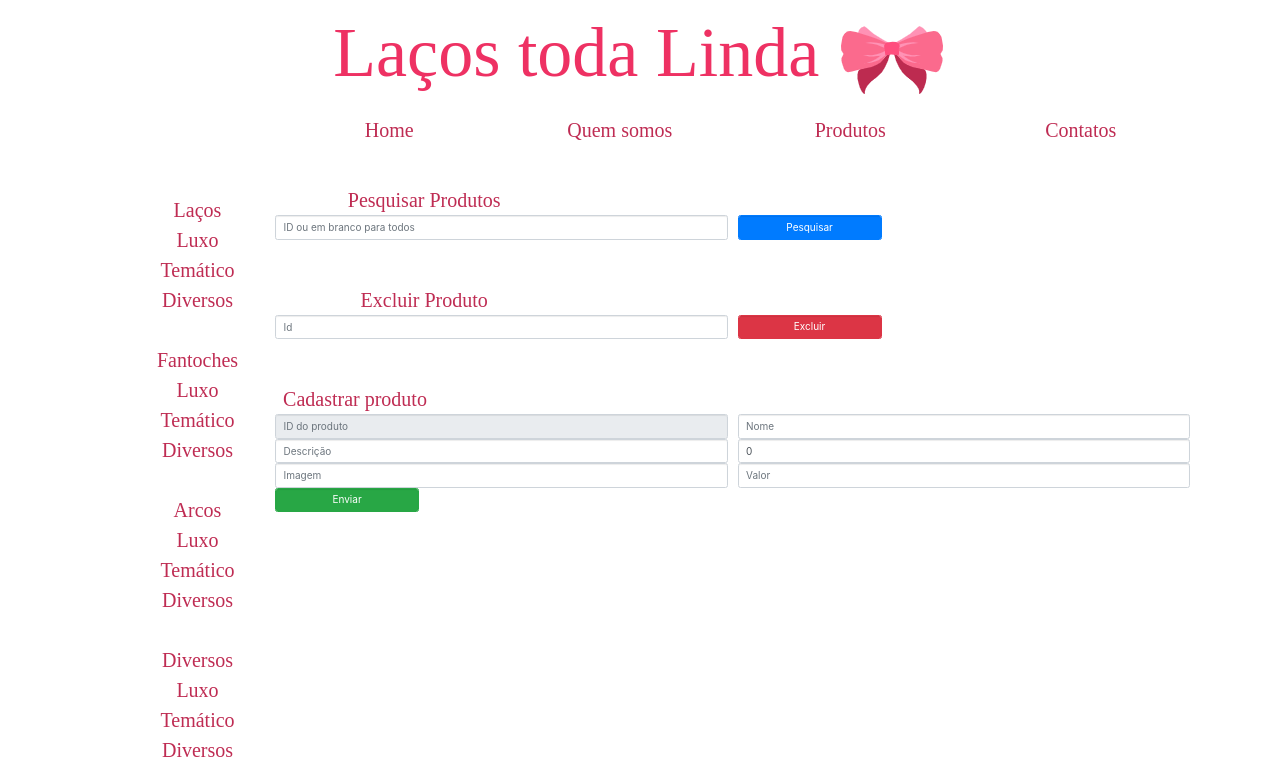
Repository: felipe-camilo/projin2
Page: http://localhost/projetointegrador/admin.jsp
An editor plug-in stored every save of this project. The page is shown before and after the next save, followed by the edit.
The browser window is 1280 px wide. The pictures show the whole page.
Some web fonts or font styles are not loaded; a fallback is used. The page is served by Tomcat 9. Other server files are loaded and not shown.

Above is the page before, as saved 2022-03-30 01:43:43.

### projetointegrador/src/main/webapp/admin.jsp
<%@ page language="java" contentType="text/html; charset=ISO-8859-1"
	pageEncoding="ISO-8859-1"%>
<%@ page import="java.sql.Connection"%>
<%@ page import="java.sql.Statement"%>
<%@ page import="java.sql.DriverManager"%>
<%@ page import="java.sql.ResultSet"%>
<!DOCTYPE html>
<html>
<head>
<style>
@import	url('https://fonts.googleapis.com/css2?family=Sacramento&display=swap');
@import	url('https://fonts.googleapis.com/css2?family=Lobster&family=Sacramento&display=swap');
@import	url('https://fonts.googleapis.com/css2?family=Indie+Flower&display=swap');

.entrada {
	margin-button: 50px;
}

</style>
<meta charset="UTF-8">
<meta http-equiv="X-UA-Compatible" content="IE=edge">
<meta name="viewport" content="width=device-width, initial-scale=1.0">
<title>Laços toda Linda</title>

<link rel="stylesheet" href="css/style.css">
<link rel="stylesheet"
	href="https://maxcdn.bootstrapcdn.com/bootstrap/3.4.1/css/bootstrap.min.css">
<link rel="stylesheet"
	href="https://stackpath.bootstrapcdn.com/bootstrap/4.3.1/css/bootstrap.min.css">
<link rel="stylesheet" type="text/css" href="css/flexslider.css">
<script type="text/javascript"
	src="http://code.jquery.com/jquery.min.js"></script>
<script type="text/javascript" src="js/jquery.flexslider.js"></script>
<meta charset="ISO-8859-1">

<title>Produtos</title>
</head>


<body>
	<div class="container">

		<header class="topo">
			<div class="row justify-content-md-center text-center">
				<div class="col-md-12">
					<div class="texto-logo">
						Laços toda Linda <img class="logo" src="img/laco.png">
					</div>
				</div>
			</div>
		</header>

		<%
String nome = "";
String descricao = "";
int categoria = 0;
String img = "";
Float valor = 0.f;
String frase = "";
String action = "Enviar";
String pagina = "inserir.jsp";
int produto = 0;
String pesquisa = request.getParameter("pesquisa");
if (pesquisa != null) {
	//out.print(pesquisa);
	frase = "Editar Produto";
	action = "Editar";
	pagina = "editar.jsp";
	try {
		//Class.forName("com.mysql.jdbc.Driver");

		//String pesquisa = request.getParameter("pesquisa");

		Connection conectar;
		Statement stmt;
		ResultSet resultado;
		String servidordb = "jdbc:mysql://localhost:3306/databasepi";
		String user = "root";
		String pass = "root";

		produto = Integer.parseInt(pesquisa);
		//out.print(pesquisa);
		int id = 0;
		Class.forName("com.mysql.jdbc.Driver");

		conectar = DriverManager.getConnection(servidordb, user, pass);
		stmt = conectar.createStatement();
		String sql = "SELECT * FROM produto WHERE codigo =" + produto;
		resultado = stmt.executeQuery(sql);
		while (resultado.next()) {
	nome = resultado.getString("nome");
	descricao = resultado.getString("descricao");
	categoria = Integer.parseInt(resultado.getString("categoria"));
	valor = Float.parseFloat(resultado.getString("valor"));
	img = resultado.getString("img");
		}

	} catch (Exception e) {
		e.printStackTrace();
		out.println(e);
	}
} else {
	frase = "Cadastrar produto";
}
%>

		<!-- menu superior -->

		<section class="menu-superior">
			<div class="row justify-content-md-center text-center">
				<div class="col-md-2"></div>
				<div class="col-md-10">
					<ul class="nav nav-pills nav-justified nav-menu-superior">
						<li class="nav-item"><a class="nav-link texto-categoria"
							href="index.jsp">Home</a></li>
						<li class="nav-item"><a class="nav-link texto-categoria"
							href="quem_somos.jsp">Quem somos</a></li>
						<li class="nav-item"><a class="nav-link texto-categoria"
							href="produtos.html">Produtos</a></li>
						<li class="nav-item"><a class="nav-link texto-categoria"
							href="contato.html">Contatos</a></li>
					</ul>
				</div>

			</div>
		</section>


		<section>
			<div class="row">
				<div class="col-md-12 text-align-center">
					<div class="col-md-2 menu-lateral">
						<ul class="menu-lateral-lista">
							<li class="menu-lateral-categoria">Laços</li>
							<li class="">Luxo</li>
							<li class="">Temático</li>
							<li class="">Diversos</li>
							<li class="menu-lateral-categoria">Fantoches</li>
							<li class="">Luxo</li>
							<li class="">Temático</li>
							<li class="">Diversos</li>
							<li class="menu-lateral-categoria">Arcos</li>
							<li class="">Luxo</li>
							<li class="">Temático</li>
							<li class="">Diversos</li>
							<li class="menu-lateral-categoria">Diversos</li>
							<li class="">Luxo</li>
							<li class="">Temático</li>
							<li class="">Diversos</li>
						</ul>
					</div>
					<form action="consulta.jsp" method="get">
						<div class="form-row">
							<div class="col-4 menu-lateral-categoria">Pesquisar	Produtos</div>
							<div class="col-6"></div>
							<div class="col-2"></div>
						</div>
						<div class="form-row">
							<div class="col-6">
								<input type="text" class="form-control entrada" placeholder="ID ou em branco para todos" name="pesquisa">
							</div>
							<div class="col-2">
								<input class="form-control btn-primary" type="submit" name="pesquisar"
									value="Pesquisar">
							</div>
						</div>
					</form>
					<br>
					<form action="excluir.jsp" method="get">
						<div class="form-row">
							<div class="col-4 menu-lateral-categoria">Excluir Produto</div>
							<div class="col-6"></div>
							<div class="col-2"></div>
						</div>
						<div class="form-row">
							<div class="col-6">
								<input type="number" class="form-control entrada" placeholder="Id" name="pesquisa" placeholder="Entre com o ID:" required>
							</div>
							<div class="col-2">
								<input class="form-control btn-danger" type="submit" name="Excluir"
									value="Excluir">
							</div>
						</div>
					</form>
					<br>

					<div class="col-4"></div>
					<div class="col-4 menu-lateral-categoria">
						<%
						out.print(frase);
						%>

					</div>
					<div class="col-4"></div>
					<form action="<%out.print(pagina);%>" method="get">
						<div class="form-row">
							<div class="col-6">
								<input type="text" class="form-control entrada"	placeholder="ID do produto"
									value="<%if (produto == 0) {
											out.print("");
										} else {
											out.print(produto);
										}%>"
									name="produto" readonly>
							</div>
							<div class="col-6">
								<input type="text" class="form-control" placeholder="Nome" name="nome" value="<%out.print(nome);%>">
							</div>
							<div class="col-6">
								<input type="text" class="form-control" placeholder="Descrição"	value="<%out.print(descricao);%>" name="descricao" required>
							</div>
							<div class="col-6">
								<input type="text" class="form-control" placeholder="Categoria"	name="categoria" required value="<%out.print(categoria);%>">
							</div>
							<div class="col-6">
								<input type="text" class="form-control" placeholder="Imagem" value="<%out.print(img);%>" name="img">
							</div>
							<div class="col-6">
								<input type="text" class="form-control" placeholder="Valor"
									value="<%if (valor == 0) {
											out.print("");
										} else {
											out.print(valor);
										}%>"
									name="valor" required>
							</div>
							<div class="col-2">
								<input type="submit" class="form-control btn-success"
									value="<%out.print(action);%>" name="btn">
							</div>
							<div class="col-6"></div>
						</div>
					</form>

				</div>
			</div>
		</section>
	</div>

</body>
</html>

### projetointegrador/src/main/webapp/css/style.css
@media screen and (min-width: 601px) {
    .texto-logo {
      font-size: 80px;
    }

  }

@media screen and (max-width: 600px) {
    .texto-logo {
        font-size: 50px;
    }
}

@media screen and (min-width: 601px) {
    .texto-logo {
    font-size: 70px;
    }
}

.texto-logo {
    font-family: 'Sacramento', cursive;
    font-size: 20;
    color:#EE3163;
}

.texto-categoria {
    font-family: 'Lobster', cursive;
    color:#BF2C53;
    font-size: 20px;
    text-align: center;
    align-items: center;
}

.texto-categoria a.hover{
    color: green;
}


.texto-categoria-divisao {
    font-family: 'Lobster', cursive;
    color:#BF2C53;
    font-size: 20px;
    text-align: center;
    align-items: center;
    margin-bottom: 20px;
}

 .menu-lateral {
    text-align: center;
    font-family: 'Indie Flower', cursive;
    color:#BF2C53;
    font-size: 20px;
    text-decoration: none;
    margin-top: 10px;
 }


 .menu-lateral-categoria {
    text-align: center;
    font-family: 'Lobster', cursive;
    color:#BF2C53;
    font-size: 20px;
    text-decoration: none;
    margin-top: 30px;
 }

p {
    text-align: justify;
    font-family: 'Indie Flower', cursive;
    color:#BF2C53;
    font-size: 20px;
    margin-top: 50px;
 }

 .menu-lateral-lista {
    list-style-type: none;

 }

### projetointegrador/src/main/webapp/css/flexslider.css
/*
 * jQuery FlexSlider v2.7.2
 * https://www.woocommerce.com/flexslider/
 *
 * Copyright 2012 WooThemes
 * Free to use under the GPLv2 and later license.
 * http://www.gnu.org/licenses/gpl-2.0.html
 *
 * Contributing author: Tyler Smith (@mbmufffin)
 *
 */
/* ====================================================================================================================
 * FONT-FACE
 * ====================================================================================================================*/
@font-face {
  font-family: 'flexslider-icon';
  src: url('fonts/flexslider-icon.eot');
  src: url('fonts/flexslider-icon.eot?#iefix') format('embedded-opentype'), url('fonts/flexslider-icon.woff') format('woff'), url('fonts/flexslider-icon.ttf') format('truetype'), url('fonts/flexslider-icon.svg#flexslider-icon') format('svg');
  font-weight: normal;
  font-style: normal;
}
/* ====================================================================================================================
 * RESETS
 * ====================================================================================================================*/
.flex-container a:hover,
.flex-slider a:hover {
  outline: none;
}
.slides,
.slides > li,
.flex-control-nav,
.flex-direction-nav {
  margin: 0;
  padding: 0;
  list-style: none;
}
.flex-pauseplay span {
  text-transform: capitalize;
}
/* ====================================================================================================================
 * BASE STYLES
 * ====================================================================================================================*/
.flexslider {
  margin: 0;
  padding: 0;
}
.flexslider .slides > li {
  display: none;
  -webkit-backface-visibility: hidden;
}
.flexslider .slides img {
  width: 100%;
  display: block;
}
.flexslider .slides:after {
  content: "\0020";
  display: block;
  clear: both;
  visibility: hidden;
  line-height: 0;
  height: 0;
}
html[xmlns] .flexslider .slides {
  display: block;
}
* html .flexslider .slides {
  height: 1%;
}
.no-js .flexslider .slides > li:first-child {
  display: block;
}
/* ====================================================================================================================
 * DEFAULT THEME
 * ====================================================================================================================*/
.flexslider {
  margin: 0 0 60px;
  background: #fff;
  border: 4px solid #fff;
  position: relative;
  zoom: 1;
  -webkit-border-radius: 4px;
  -moz-border-radius: 4px;
  border-radius: 4px;
  -webkit-box-shadow: '' 0 1px 4px rgba(0, 0, 0, 0.2);
  -moz-box-shadow: '' 0 1px 4px rgba(0, 0, 0, 0.2);
  -o-box-shadow: '' 0 1px 4px rgba(0, 0, 0, 0.2);
  box-shadow: '' 0 1px 4px rgba(0, 0, 0, 0.2);
}
.flexslider .slides {
  zoom: 1;
}
.flexslider .slides img {
  height: auto;
  -moz-user-select: none;
}
.flex-viewport {
  max-height: 2000px;
  -webkit-transition: all 1s ease;
  -moz-transition: all 1s ease;
  -ms-transition: all 1s ease;
  -o-transition: all 1s ease;
  transition: all 1s ease;
}
.loading .flex-viewport {
  max-height: 300px;
}
@-moz-document url-prefix() {
  .loading .flex-viewport {
    max-height: none;
  }
}
.carousel li {
  margin-right: 5px;
}
.flex-direction-nav {
  *height: 0;
}
.flex-direction-nav a {
  text-decoration: none;
  display: block;
  width: 40px;
  height: 40px;
  margin: -20px 0 0;
  position: absolute;
  top: 50%;
  z-index: 10;
  overflow: hidden;
  opacity: 0;
  cursor: pointer;
  color: rgba(0, 0, 0, 0.8);
  text-shadow: 1px 1px 0 rgba(255, 255, 255, 0.3);
  -webkit-transition: all 0.3s ease-in-out;
  -moz-transition: all 0.3s ease-in-out;
  -ms-transition: all 0.3s ease-in-out;
  -o-transition: all 0.3s ease-in-out;
  transition: all 0.3s ease-in-out;
}
.flex-direction-nav a:before {
  font-family: "flexslider-icon";
  font-size: 40px;
  display: inline-block;
  content: '\f001';
  color: rgba(0, 0, 0, 0.8);
  text-shadow: 1px 1px 0 rgba(255, 255, 255, 0.3);
}
.flex-direction-nav a.flex-next:before {
  content: '\f002';
}
.flex-direction-nav .flex-prev {
  left: -50px;
}
.flex-direction-nav .flex-next {
  right: -50px;
  text-align: right;
}
.flexslider:hover .flex-direction-nav .flex-prev {
  opacity: 0.7;
  left: 10px;
}
.flexslider:hover .flex-direction-nav .flex-prev:hover {
  opacity: 1;
}
.flexslider:hover .flex-direction-nav .flex-next {
  opacity: 0.7;
  right: 10px;
}
.flexslider:hover .flex-direction-nav .flex-next:hover {
  opacity: 1;
}
.flex-direction-nav .flex-disabled {
  opacity: 0!important;
  filter: alpha(opacity=0);
  cursor: default;
  z-index: -1;
}
.flex-pauseplay a {
  display: block;
  width: 20px;
  height: 20px;
  position: absolute;
  bottom: 5px;
  left: 10px;
  opacity: 0.8;
  z-index: 10;
  overflow: hidden;
  cursor: pointer;
  color: #000;
}
.flex-pauseplay a:before {
  font-family: "flexslider-icon";
  font-size: 20px;
  display: inline-block;
  content: '\f004';
}
.flex-pauseplay a:hover {
  opacity: 1;
}
.flex-pauseplay a.flex-play:before {
  content: '\f003';
}
.flex-control-nav {
  width: 100%;
  position: absolute;
  bottom: -40px;
  text-align: center;
}
.flex-control-nav li {
  margin: 0 6px;
  display: inline-block;
  zoom: 1;
  *display: inline;
}
.flex-control-paging li a {
  width: 11px;
  height: 11px;
  display: block;
  background: #666;
  background: rgba(0, 0, 0, 0.5);
  cursor: pointer;
  text-indent: -9999px;
  -webkit-box-shadow: inset 0 0 3px rgba(0, 0, 0, 0.3);
  -moz-box-shadow: inset 0 0 3px rgba(0, 0, 0, 0.3);
  -o-box-shadow: inset 0 0 3px rgba(0, 0, 0, 0.3);
  box-shadow: inset 0 0 3px rgba(0, 0, 0, 0.3);
  -webkit-border-radius: 20px;
  -moz-border-radius: 20px;
  border-radius: 20px;
}
.flex-control-paging li a:hover {
  background: #333;
  background: rgba(0, 0, 0, 0.7);
}
.flex-control-paging li a.flex-active {
  background: #000;
  background: rgba(0, 0, 0, 0.9);
  cursor: default;
}
.flex-control-thumbs {
  margin: 5px 0 0;
  position: static;
  overflow: hidden;
}
.flex-control-thumbs li {
  width: 25%;
  float: left;
  margin: 0;
}
.flex-control-thumbs img {
  width: 100%;
  height: auto;
  display: block;
  opacity: .7;
  cursor: pointer;
  -moz-user-select: none;
  -webkit-transition: all 1s ease;
  -moz-transition: all 1s ease;
  -ms-transition: all 1s ease;
  -o-transition: all 1s ease;
  transition: all 1s ease;
}
.flex-control-thumbs img:hover {
  opacity: 1;
}
.flex-control-thumbs .flex-active {
  opacity: 1;
  cursor: default;
}
/* ====================================================================================================================
 * RESPONSIVE
 * ====================================================================================================================*/
@media screen and (max-width: 860px) {
  .flex-direction-nav .flex-prev {
    opacity: 1;
    left: 10px;
  }
  .flex-direction-nav .flex-next {
    opacity: 1;
    right: 10px;
  }
}

Loaded but not shown: projetointegrador/src/main/webapp/js/jquery.flexslider.js (library)

After the next save:
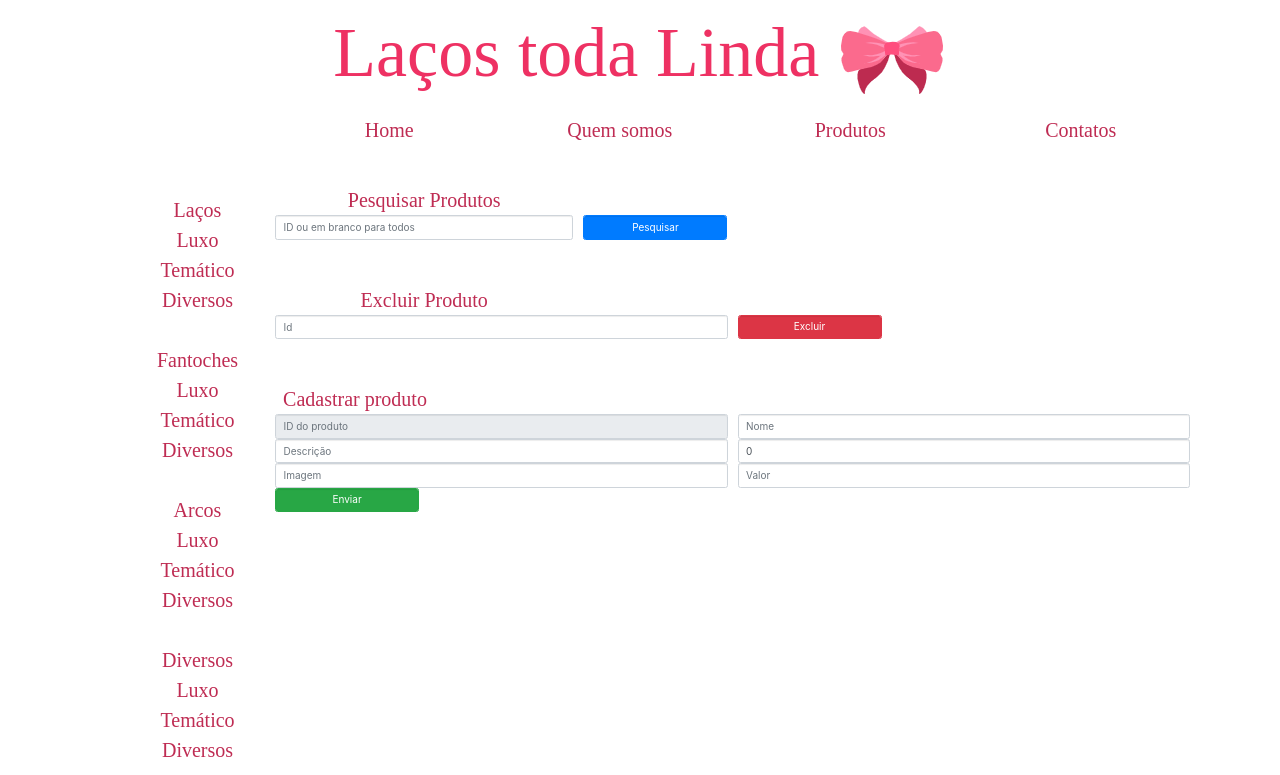
Saved 54 s later.
--- a/projetointegrador/src/main/webapp/admin.jsp
+++ b/projetointegrador/src/main/webapp/admin.jsp
@@ -156,7 +156,7 @@
 							<div class="col-2"></div>
 						</div>
 						<div class="form-row">
-							<div class="col-6">
+							<div class="col-4">
 								<input type="text" class="form-control entrada" placeholder="ID ou em branco para todos" name="pesquisa">
 							</div>
 							<div class="col-2">
